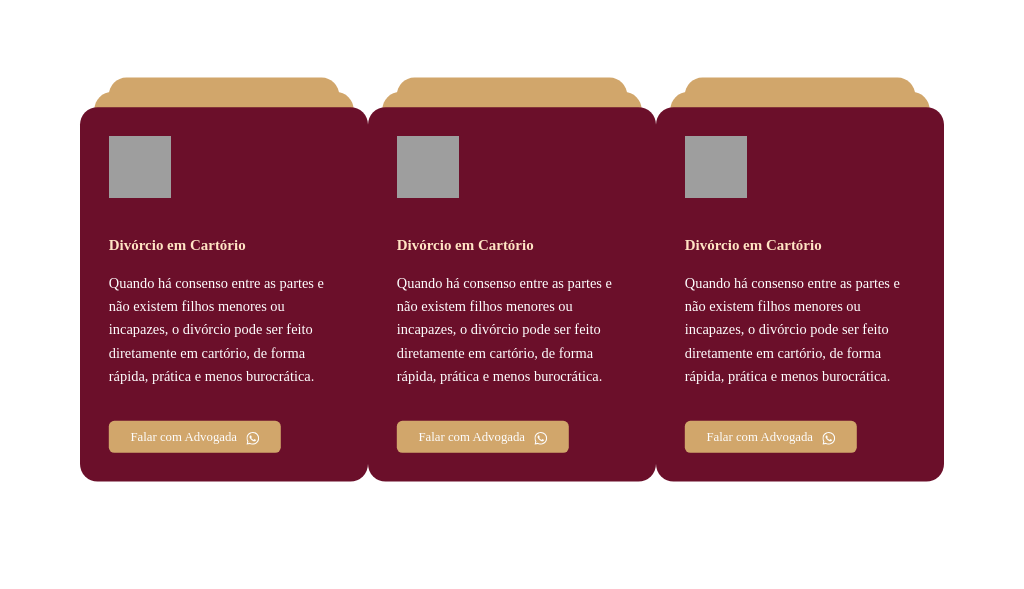
Repository: EmanuelVieiira/landing-page-advocacia
Page: teste.html
An editor plug-in stored every save of this project. The page is shown before and after the next save, followed by the edit.
The browser window is 1280 px wide. The pictures show the whole page, at 80% of full size.
Pictures or frames that could not be fetched are drawn as grey boxes.

Above is the page before, as saved 2026-02-05 15:17:42.

### teste.html
<!DOCTYPE html>
<html lang="en">
<head>
    <meta charset="UTF-8">
    <meta name="viewport" content="width=device-width, initial-scale=1.0">
    <title>Document</title>
    <style>
        body {
  min-height: 100vh;
  display: flex;
  align-items: center;
  justify-content: center;
}

        .card {
  position: relative;
  display: flex;
  align-items: center;
  justify-content: center;
  width: 360px;
  border-radius: 24px;
  line-height: 1.6;
  transition: all 0.48s cubic-bezier(0.23, 1, 0.32, 1);
}
.icone {
  width: 78px;
  height: 78px;
  margin-bottom: 1px;
}
.text h3 {
 color: bisque;
}
.content {
  display: flex;
  flex-direction: column;
  align-items: flex-start;
  justify-content: center;
  gap: 24px;
  padding: 36px;
  border-radius: 22px;
  color: #ffffff;
  overflow: hidden;
  background: #6B0F2A;
  transition: all 0.48s cubic-bezier(0.23, 1, 0.32, 1);
}

.content::before {
  position: absolute;
  content: "";
  top: -4%;
  left: 50%;
  width: 90%;
  height: 90%;
  transform: translate(-50%);
  background: #d1a66b;
  z-index: -1;
  transform-origin: bottom;

  border-radius: inherit;
  transition: all 0.48s cubic-bezier(0.23, 1, 0.32, 1);
}

.content::after {
  position: absolute;
  content: "";
  top: -8%;
  left: 50%;
  width: 80%;
  height: 80%;
  transform: translate(-50%);
  background: #d1a66b;
  z-index: -2;
  transform-origin: bottom;
  border-radius: inherit;
  transition: all 0.48s cubic-bezier(0.23, 1, 0.32, 1);
}

.content svg {
  width: 48px;
  height: 48px;
}

.content .para {
  z-index: 1;
  opacity: 1;
  font-size: 18px;
  transition: all 0.48s cubic-bezier(0.23, 1, 0.32, 1);
}

.content .link {
  z-index: 1;
  color: #d1a66b;
  text-decoration: none;
  font-family: inherit;
  font-size: 16px;
  transition: all 0.48s cubic-bezier(0.23, 1, 0.32, 1);
}

.content .link:hover {
  text-decoration: underline;
}

.card:hover {
  transform: translate(0px, -16px);
}

.card:hover .content::before {
  rotate: -7deg;
  top: 0;
  width: 100%;
  height: 100%;
}

.card:hover .content::after {
  rotate: 7deg;
  top: 0;
  width: 100%;
  height: 100%;
}
.btn-whatsapp {
    background-color: #d1a66b;;
    color:#fdfdfd;;
    padding: 7px 27px;
    text-decoration: none;
    border-radius: 7px;

}
.btn-whatsapp svg {
    width: 16px;

    height: 16px;
}

    </style>
</head>
<body>
    <div class="card">
  <div class="content">

<img src="/img/divorcio.png" alt="ícone de divórcio"   class="icone">

    <div class="text">
        <h3>Divórcio em Cartório</h3>

    <p class="para">
     Quando há consenso entre as partes e não existem filhos menores ou incapazes, o divórcio pode ser feito diretamente em cartório, de forma rápida, prática e menos burocrática.
    </p></div>
    <a href="https://wa.me/5511999999999" target="_blank" class="btn-whatsapp">
                        <span>
                            Falar com Advogada
                            <svg xmlns="http://www.w3.org/2000/svg" width="20" height="20" fill="currentColor" viewBox="0 0 16 16" style="display: inline-block; margin-left: 8px; vertical-align: middle;">
                                <path d="M13.601 2.326A7.854 7.854 0 0 0 7.994 0C3.627 0 .068 3.558.064 7.926c0 1.399.366 2.76 1.057 3.965L0 16l4.204-1.102a7.933 7.933 0 0 0 3.79.965h.004c4.368 0 7.926-3.558 7.93-7.93A7.898 7.898 0 0 0 13.6 2.326zM7.994 14.521a6.573 6.573 0 0 1-3.356-.92l-.24-.144-2.494.654.666-2.433-.156-.251a6.56 6.56 0 0 1-1.007-3.505c0-3.626 2.957-6.584 6.591-6.584a6.56 6.56 0 0 1 4.66 1.931 6.557 6.557 0 0 1 1.928 4.66c-.004 3.639-2.961 6.592-6.592 6.592zm3.615-4.934c-.197-.099-1.17-.578-1.353-.646-.182-.065-.315-.099-.445.099-.133.197-.513.646-.627.775-.114.133-.232.148-.43.05-.197-.1-.836-.308-1.592-.985-.59-.525-.985-1.175-1.103-1.372-.114-.198-.011-.304.088-.403.087-.088.197-.232.296-.346.1-.114.133-.198.198-.33.065-.134.034-.248-.015-.347-.05-.099-.445-1.076-.612-1.47-.16-.389-.323-.335-.445-.34-.114-.007-.247-.007-.38-.007a.729.729 0 0 0-.529.247c-.182.198-.691.677-.691 1.654 0 .977.71 1.916.81 2.049.098.133 1.394 2.132 3.383 2.992.47.205.84.326 1.129.418.475.152.904.129 1.246.08.38-.058 1.171-.48 1.338-.943.164-.464.164-.86.114-.943-.049-.084-.182-.133-.38-.232z"/>
                            </svg>
                        </span>
                    </a>
  </div>

</div>

    <div class="card">
  <div class="content">

<img src="/img/divorcio.png" alt="ícone de divórcio"   class="icone">

    <div class="text">
        <h3>Divórcio em Cartório</h3>

    <p class="para">
     Quando há consenso entre as partes e não existem filhos menores ou incapazes, o divórcio pode ser feito diretamente em cartório, de forma rápida, prática e menos burocrática.
    </p></div>
    <a href="https://wa.me/5511999999999" target="_blank" class="btn-whatsapp">
                        <span>
                            Falar com Advogada
                            <svg xmlns="http://www.w3.org/2000/svg" width="20" height="20" fill="currentColor" viewBox="0 0 16 16" style="display: inline-block; margin-left: 8px; vertical-align: middle;">
                                <path d="M13.601 2.326A7.854 7.854 0 0 0 7.994 0C3.627 0 .068 3.558.064 7.926c0 1.399.366 2.76 1.057 3.965L0 16l4.204-1.102a7.933 7.933 0 0 0 3.79.965h.004c4.368 0 7.926-3.558 7.93-7.93A7.898 7.898 0 0 0 13.6 2.326zM7.994 14.521a6.573 6.573 0 0 1-3.356-.92l-.24-.144-2.494.654.666-2.433-.156-.251a6.56 6.56 0 0 1-1.007-3.505c0-3.626 2.957-6.584 6.591-6.584a6.56 6.56 0 0 1 4.66 1.931 6.557 6.557 0 0 1 1.928 4.66c-.004 3.639-2.961 6.592-6.592 6.592zm3.615-4.934c-.197-.099-1.17-.578-1.353-.646-.182-.065-.315-.099-.445.099-.133.197-.513.646-.627.775-.114.133-.232.148-.43.05-.197-.1-.836-.308-1.592-.985-.59-.525-.985-1.175-1.103-1.372-.114-.198-.011-.304.088-.403.087-.088.197-.232.296-.346.1-.114.133-.198.198-.33.065-.134.034-.248-.015-.347-.05-.099-.445-1.076-.612-1.47-.16-.389-.323-.335-.445-.34-.114-.007-.247-.007-.38-.007a.729.729 0 0 0-.529.247c-.182.198-.691.677-.691 1.654 0 .977.71 1.916.81 2.049.098.133 1.394 2.132 3.383 2.992.47.205.84.326 1.129.418.475.152.904.129 1.246.08.38-.058 1.171-.48 1.338-.943.164-.464.164-.86.114-.943-.049-.084-.182-.133-.38-.232z"/>
                            </svg>
                        </span>
                    </a>
  </div>

</div>

    <div class="card">
  <div class="content">

<img src="/img/divorcio.png" alt="ícone de divórcio"   class="icone">

    <div class="text">
        <h3>Divórcio em Cartório</h3>

    <p class="para">
     Quando há consenso entre as partes e não existem filhos menores ou incapazes, o divórcio pode ser feito diretamente em cartório, de forma rápida, prática e menos burocrática.
    </p></div>
    <a href="https://wa.me/5511999999999" target="_blank" class="btn-whatsapp">
                        <span>
                            Falar com Advogada
                            <svg xmlns="http://www.w3.org/2000/svg" width="20" height="20" fill="currentColor" viewBox="0 0 16 16" style="display: inline-block; margin-left: 8px; vertical-align: middle;">
                                <path d="M13.601 2.326A7.854 7.854 0 0 0 7.994 0C3.627 0 .068 3.558.064 7.926c0 1.399.366 2.76 1.057 3.965L0 16l4.204-1.102a7.933 7.933 0 0 0 3.79.965h.004c4.368 0 7.926-3.558 7.93-7.93A7.898 7.898 0 0 0 13.6 2.326zM7.994 14.521a6.573 6.573 0 0 1-3.356-.92l-.24-.144-2.494.654.666-2.433-.156-.251a6.56 6.56 0 0 1-1.007-3.505c0-3.626 2.957-6.584 6.591-6.584a6.56 6.56 0 0 1 4.66 1.931 6.557 6.557 0 0 1 1.928 4.66c-.004 3.639-2.961 6.592-6.592 6.592zm3.615-4.934c-.197-.099-1.17-.578-1.353-.646-.182-.065-.315-.099-.445.099-.133.197-.513.646-.627.775-.114.133-.232.148-.43.05-.197-.1-.836-.308-1.592-.985-.59-.525-.985-1.175-1.103-1.372-.114-.198-.011-.304.088-.403.087-.088.197-.232.296-.346.1-.114.133-.198.198-.33.065-.134.034-.248-.015-.347-.05-.099-.445-1.076-.612-1.47-.16-.389-.323-.335-.445-.34-.114-.007-.247-.007-.38-.007a.729.729 0 0 0-.529.247c-.182.198-.691.677-.691 1.654 0 .977.71 1.916.81 2.049.098.133 1.394 2.132 3.383 2.992.47.205.84.326 1.129.418.475.152.904.129 1.246.08.38-.058 1.171-.48 1.338-.943.164-.464.164-.86.114-.943-.049-.084-.182-.133-.38-.232z"/>
                            </svg>
                        </span>
                    </a>
  </div>

</div>

</body>
</html>

After the next save:
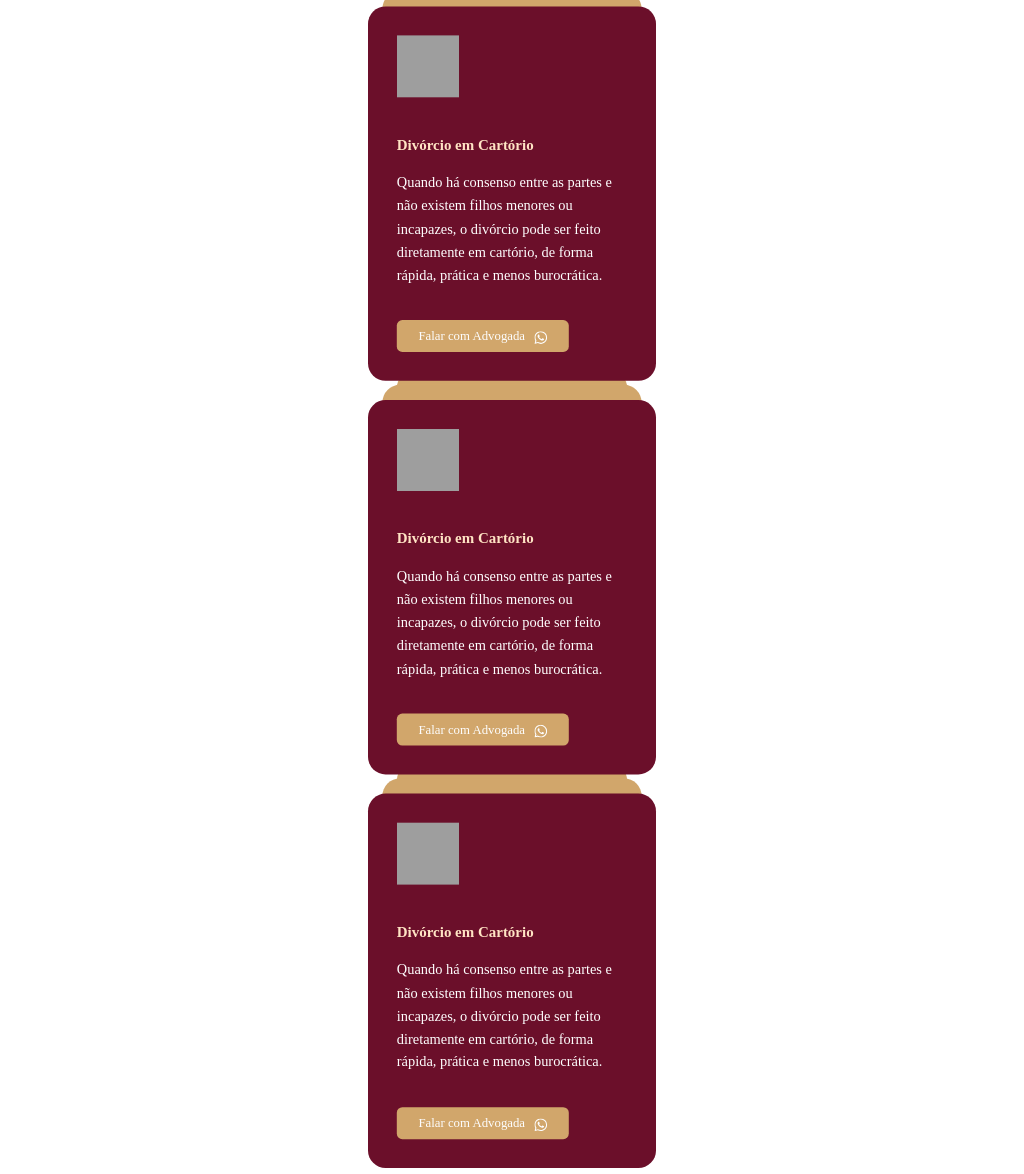
Saved 8 min 34 s later.
--- a/teste.html
+++ b/teste.html
@@ -21,6 +21,14 @@
   border-radius: 24px;
   line-height: 1.6;
   transition: all 0.48s cubic-bezier(0.23, 1, 0.32, 1);
+}
+body {
+  min-height: 100vh;
+  display: flex;
+  flex-direction: column; /* empilha os cards verticalmente */
+  align-items: center;
+  justify-content: center;
+  gap: 24px; /* espaço automático entre os cards */
 }
 .icone {
   width: 78px;

After the save that followed:
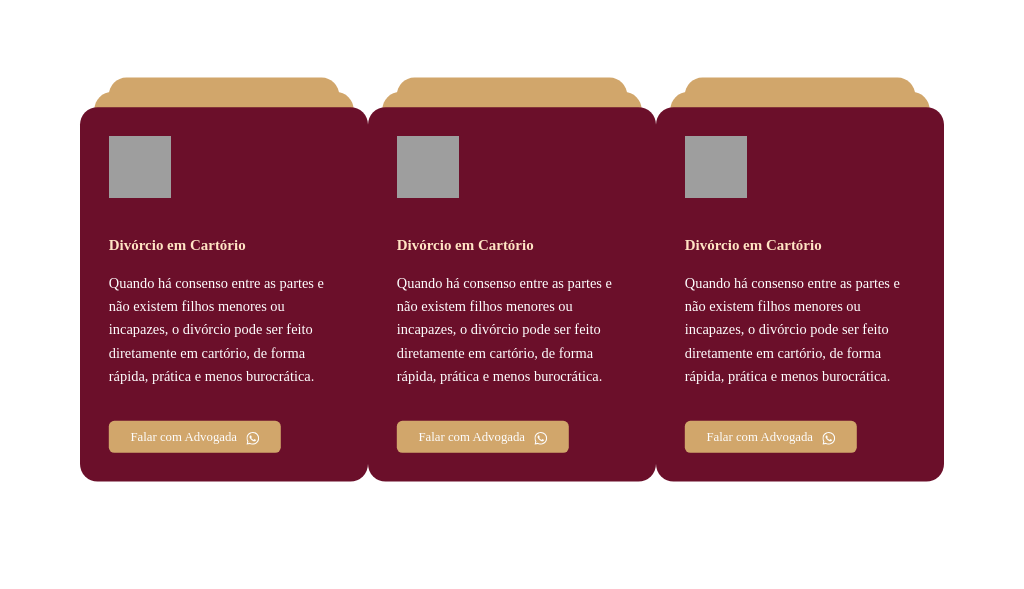
Saved 4 s later.
--- a/teste.html
+++ b/teste.html
@@ -22,14 +22,7 @@
   line-height: 1.6;
   transition: all 0.48s cubic-bezier(0.23, 1, 0.32, 1);
 }
-body {
-  min-height: 100vh;
-  display: flex;
-  flex-direction: column; /* empilha os cards verticalmente */
-  align-items: center;
-  justify-content: center;
-  gap: 24px; /* espaço automático entre os cards */
-}
+
 .icone {
   width: 78px;
   height: 78px;
